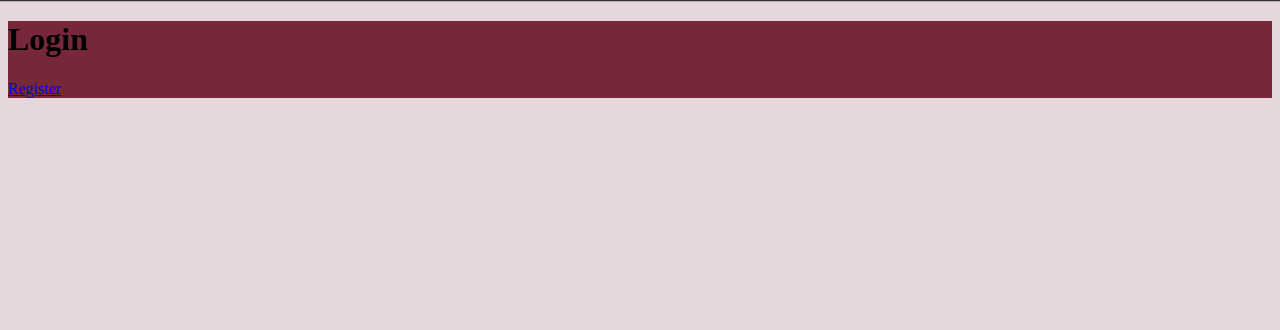
Repository: Kotya2001/FuzzyOps-App
Page: /login (app in frontend/my-app/)
An editor plug-in stored every save of this project. The page is shown before and after a run of saves, followed by the edit.
The browser window is 1280 px wide. The pictures show the whole page.
The project was rebuilt for these pictures with package versions that can differ from the ones it lists, and the page was loaded fresh each time. Also part of the build but not shown: frontend/my-app/src/pages/Item.js, frontend/my-app/src/pages/Base.js, frontend/my-app/src/pages/Resources.js, frontend/my-app/src/pages/Register.js.

Above is the page before, as saved 2022-09-18 17:27:57.

### frontend/my-app/public/index.html
<!DOCTYPE html>
<html lang="en">
  <head>
    <meta charset="utf-8" />
    <link rel="icon" href="../img/logotype.ico" />
    <meta name="viewport" content="width=device-width, initial-scale=1" />
    <meta name="theme-color" content="#000000" />
    <meta
      name="description"
      content="Web site created using create-react-app"
    />
    <!--
      manifest.json provides metadata used when your web app is installed on a
      user's mobile device or desktop. See https://developers.google.com/web/fundamentals/web-app-manifest/
    -->
    <link rel="manifest" href="%PUBLIC_URL%/manifest.json" />
    <!--
      Notice the use of %PUBLIC_URL% in the tags above.
      It will be replaced with the URL of the `public` folder during the build.
      Only files inside the `public` folder can be referenced from the HTML.

      Unlike "/favicon.ico" or "favicon.ico", "%PUBLIC_URL%/favicon.ico" will
      work correctly both with client-side routing and a non-root public URL.
      Learn how to configure a non-root public URL by running `npm run build`.
    -->
    <title>FuzzyOps</title>
  </head>
  <body>
    <noscript>You need to enable JavaScript to run this app.</noscript>
    <div id="root"></div>
    <!--
      This HTML file is a template.
      If you open it directly in the browser, you will see an empty page.

      You can add webfonts, meta tags, or analytics to this file.
      The build step will place the bundled scripts into the <body> tag.

      To begin the development, run `npm start` or `yarn start`.
      To create a production bundle, use `npm run build` or `yarn build`.
    -->
  </body>
</html>

### frontend/my-app/src/index.js
import React from 'react';
import ReactDOM from 'react-dom/client';
import App from './App';
import reportWebVitals from './reportWebVitals';
// import './firebase';


const root = ReactDOM.createRoot(document.getElementById('root'));
root.render(
  <React.StrictMode>
    <App />
  </React.StrictMode>
);

// If you want to start measuring performance in your app, pass a function
// to log results (for example: reportWebVitals(console.log))
// or send to an analytics endpoint. Learn more: https://bit.ly/CRA-vitals
reportWebVitals();

### frontend/my-app/src/App.js
import Base from './pages/Base';
import Login from './pages/Login';
import Resources from './pages/Resources';
import Register from './pages/Register';
import { BrowserRouter as Router} from 'react-router-dom';
import { Route, Routes } from 'react-router-dom';
import { Provider } from 'react-redux';




const App = () => {
    return (
        <Router>
            <div>
                <Routes>
                    <Route path='/' element={<Base/>}/>
                    <Route path='/register' element={<Register/>}/>
                    <Route path='/login' element={<Login/>}/>
                    <Route path='/resources' element={<Resources/>}/>
                </Routes>
            </div>
        </Router>

    )
}

export default App;

### frontend/my-app/src/pages/Login.js
import React, { Component } from "react";
import { Link } from "react-router-dom";

// import '../src/Styles.css';

export default class Login extends Component {
    render() {
        return (
            <div className="inputForm">
                <h1>Login</h1>

                <p>
                    <Link to='/register'>Register</Link>
                </p>
            </div>
        )
    }
}

### frontend/my-app/src/Styles.css
body {
  background-image: url("../src/img/BG.png");

}

.wrapper {
  max-width: 1440px;
  padding-left: 40px;
  padding-right: 40px;
  margin: 0 auto;
}

.header {
  display: flex;
  justify-content: space-between;
  align-items: center;

}

.name {
  font-family: "Rounded Mplus 1c ExtraBold";
  font-size: 48px;
}


.nav {
  display: flex;
  justify-content: center;
  list-style-type: none;
  padding-left: 0;
}

.buttons button {
  background-color: #D48396;
  border: none;
  text-align: center;
  width: 180px;
  height: 60px;
  border-radius: 30px;
  padding: 10px 20px;
  margin-right: 30px;
  margin-top: 10px;
  text-decoration: none;
  color: #000000;
  font-family: "Rounded Mplus 1c Medium";
  font-size: 24px;
}

.buttons button:hover {
  transform: scale(1.15);
  transition: transform 0.25s;
}


.description {
  padding-top: 70px;
  padding-bottom: 70px;
  padding-left: 60px;
}

.title  {
  font-family: "Rounded Mplus 1c Medium";
  font-size: 36px;
  line-height: 0.4;
}


.caption {
  font-family: "Rounded Mplus 1c Medium";
  font-size: 22px;
  color: #CDADAD;
  line-height: 0.3;
}

.start {
  background-color: #D9D9D9;
  border: 3px #000000;
  text-align: center;
  width: 300px;
  height: 60px;
  border-radius: 20px;
  color: #000000;
  font-family: "Rounded Mplus 1c Medium";
  font-size: 22px;
}


/* hide disabled buttons */
.rec.rec-arrow:disabled {
  visibility: hidden;
}

/* disable default outline on focused items */
/* add custom outline on focused items */
.rec-carousel-item:focus {
  outline: none;
  box-shadow: inset 0 0 1px 1px lightgrey;
}

.inputForm {
  background: #77273A;

}

@font-face {
  font-family: "Rounded Mplus 1c ExtraBold";
  src: url("../src/fonts/MPLUSRounded1c-ExtraBold.ttf");
  font-style: normal;
  font-weight: normal;
}

@font-face {
  font-family: "Rounded Mplus 1c Medium";
  src: url("../src/fonts/MPLUSRounded1c-Medium.ttf");
  font-style: normal;
  font-weight: normal;
}

Loaded but not shown: frontend/my-app/src/reportWebVitals.js (common file)

After the next 2 saves:
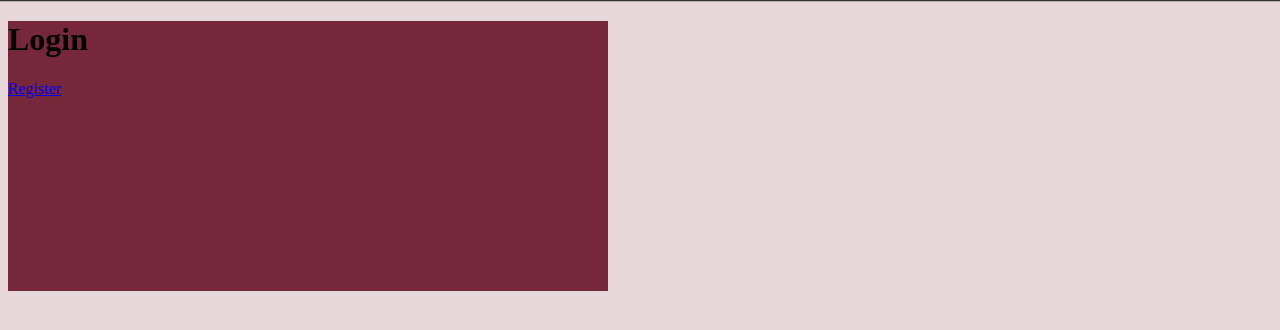
The 2 saves are shown as one change because they came seconds apart.
The last was saved 12 s later.
--- a/frontend/my-app/src/Styles.css
+++ b/frontend/my-app/src/Styles.css
@@ -99,7 +99,8 @@ body {
 
 .inputForm {
   background: #77273A;
-
+  width: 600px;
+  height: 270px;
 }
 
 @font-face {
